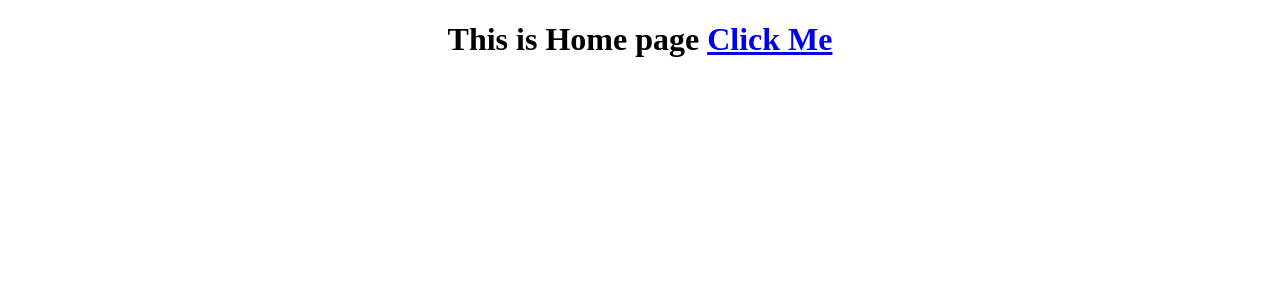
Repository: Hashim-Ansari-82/Servlet-And-JSP
Page: 2nd-Servlet-Demo/src/main/webapp/index.html
The author's editor kept a copy of each file at every save. The page is drawn from the files as they stood at one save, then again after the next save.
The browser window is 1280 px wide. The pictures show the whole page.

Above is the page before, as saved 2026-06-02 20:48:21.

### 2nd-Servlet-Demo/src/main/webapp/index.html
<!DOCTYPE html>
<html>
<head>
<meta charset="UTF-8">
<title>Insert title here</title>
</head>
<body>
<div style="text-align:center">
<h1>This is Home page
<a href="first">Click Me</a>
</h1>
</div>
</body>
</html>

After the next save:
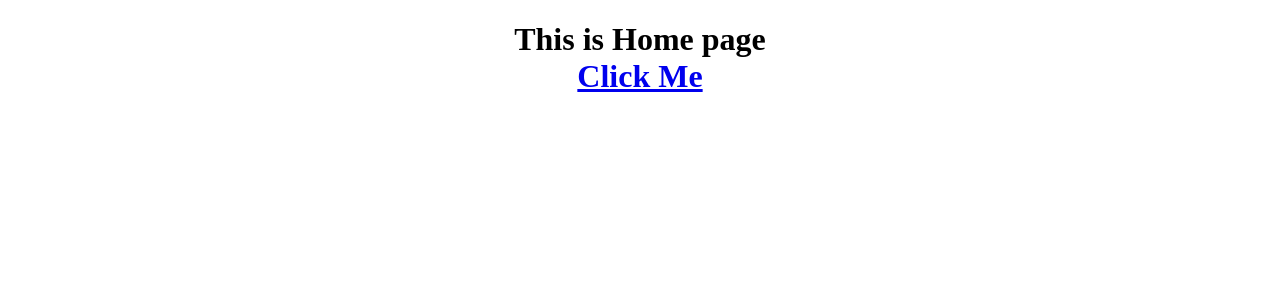
Saved 37 s later.
--- a/2nd-Servlet-Demo/src/main/webapp/index.html
+++ b/2nd-Servlet-Demo/src/main/webapp/index.html
@@ -6,7 +6,7 @@
 </head>
 <body>
 <div style="text-align:center">
-<h1>This is Home page
+<h1>This is Home page <br>
 <a href="first">Click Me</a>
 </h1>
 </div>
